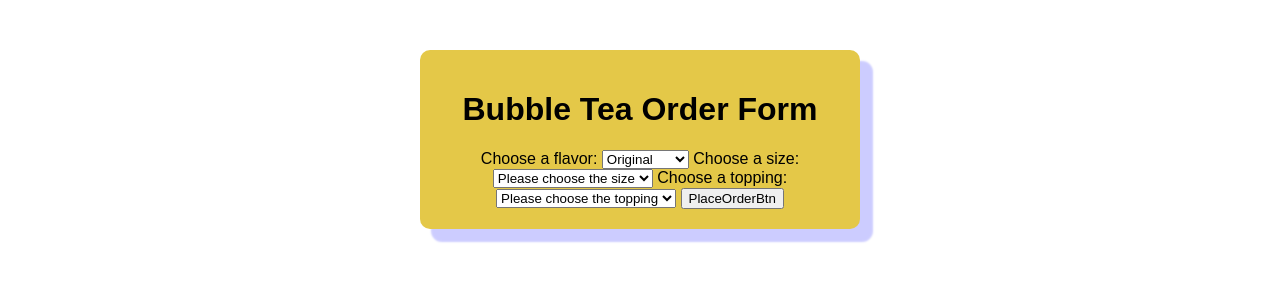
Repository: liulian26/CS5610
Page: lab3/index.html
The author's editor kept a copy of each file at every save. The page is drawn from the files as they stood at one save, then again after the next save.
The browser window is 1280 px wide. The pictures show the whole page.

Above is the page before, as saved 2025-01-30 20:24:37.

After the next save:
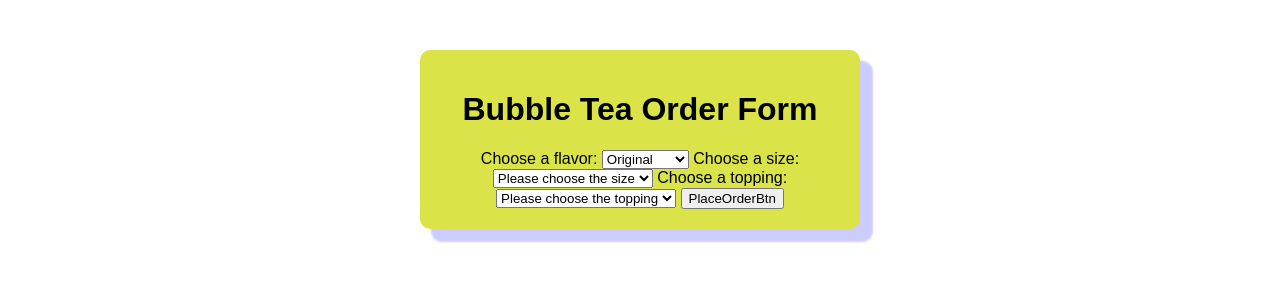
Saved 32 s later.
--- a/lab3/css/styles.css
+++ b/lab3/css/styles.css
@@ -5,7 +5,7 @@ body{
 }
 
 form{
-    background-color: #e4c848;
+    background-color: #dae448;
     max-width: 400px;
     border-radius: 10px;
     box-shadow: 12px 12px 2px 1px rgba(0, 0, 255, .2);
